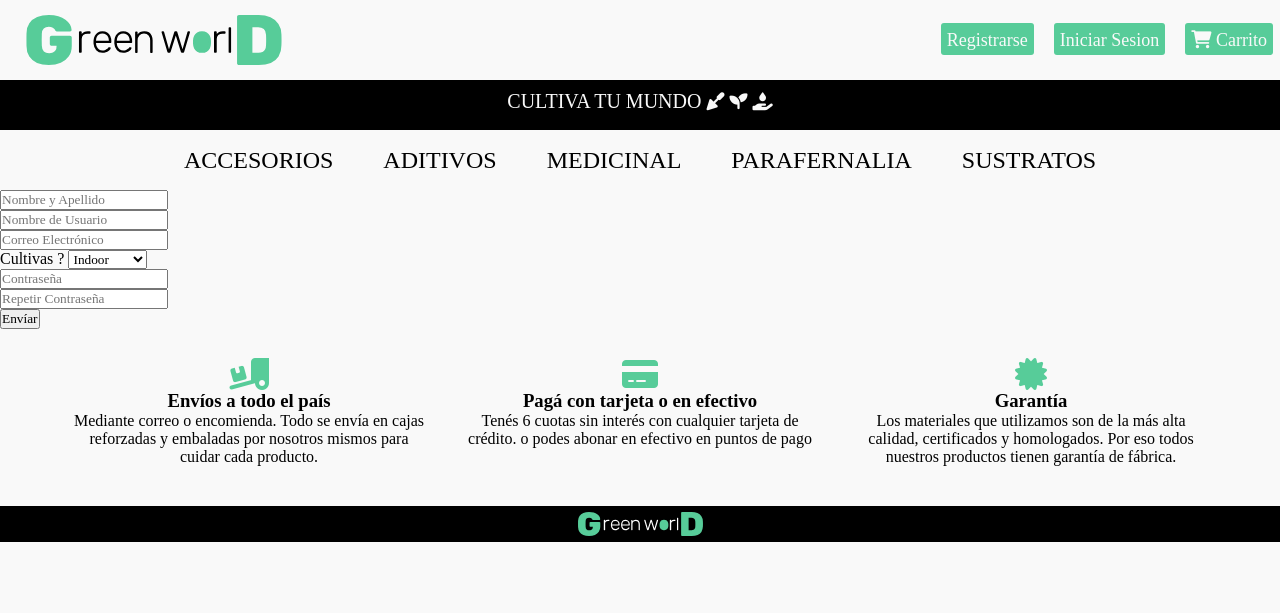
Repository: francoG98/grupo_9_Green_World
Page: source/views/register.html
The author's editor kept a copy of each file at every save. The page is drawn from the files as they stood at one save, then again after the next save.
The browser window is 1280 px wide. The pictures show the whole page.
Some web fonts or font styles are not loaded; a fallback is used. Some web libraries are served in a nearby version.

Above is the page before, as saved 2022-06-24 19:56:30.

After the next save:
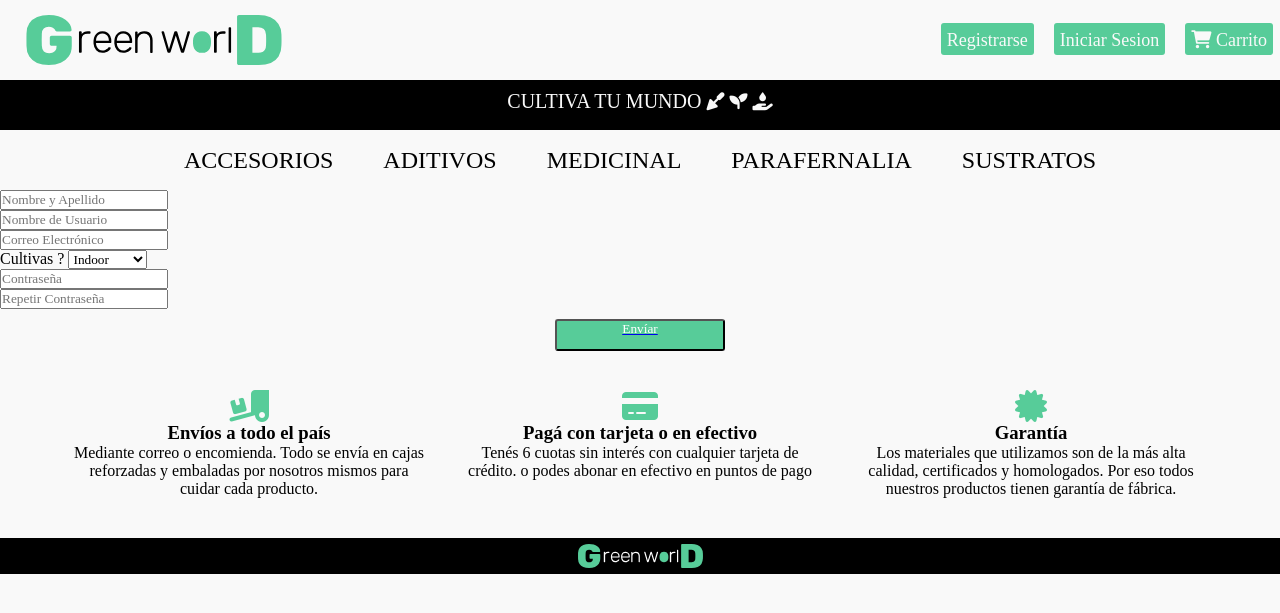
Saved 79 s later.
--- a/public/css/main-register.css
+++ b/public/css/main-register.css
@@ -4,3 +4,16 @@
     box-sizing: border-box;
     font-family: "Anek Gujarati";
     }
+button{
+    margin-top: 10px;
+    text-decoration:none;
+    display:flex;
+    width: 170px;
+    justify-content: center;
+    text-align: center;
+    background-color: #57CC99;
+    color: white;
+    border-radius: 3px;
+    height: 32px;
+    margin:  10px auto
+}
